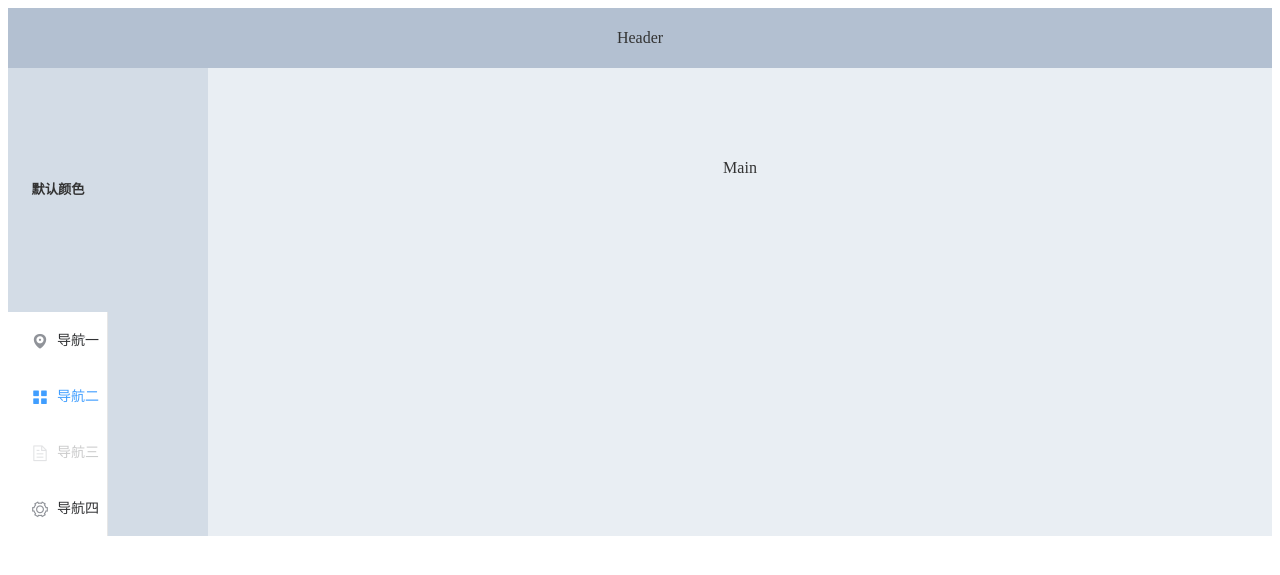
Repository: 960519152/elementui-demo-byf
Page: /
The author's editor kept a copy of each file at every save. The page is drawn from the files as they stood at one save, then again after the next save.
The browser window is 1280 px wide. The pictures show the whole page.
The project was rebuilt for these pictures with package versions that can differ from the ones it lists, and the page was loaded fresh each time.

Above is the page before, as saved 2019-05-13 16:05:28.

### index.html
<!DOCTYPE html>
<html>
  <head>
    <meta charset="utf-8">
    <meta name="viewport" content="width=device-width,initial-scale=1.0">
    <title>vue-examine-backend</title>
  </head>
  <body>
    <div id="app"></div>
    <!-- built files will be auto injected -->
  </body>
</html>

### src/main.js
// The Vue build version to load with the `import` command
// (runtime-only or standalone) has been set in webpack.base.conf with an alias.
import Vue from 'vue'
import App from './App'
import router from './router' //路由
import ElementUI from 'element-ui'; //饿了么UI
import 'element-ui/lib/theme-chalk/index.css';  //饿了么UI

Vue.config.productionTip = false
Vue.use(ElementUI); //饿了么UI



/* eslint-disable no-new */
new Vue({
  el: '#app',
  router,
  components: { App },
  template: '<App/>'
})

### src/App.vue
<template>
  <div id="app">
    <el-container>
      <el-header>Header</el-header>
      <el-container>
        <el-aside width="200px">
          <el-row class="tac">
            <el-col :span="12">
              <h5>默认颜色</h5>
              <el-menu default-active="2" class="el-menu-vertical-demo" @open="handleOpen" @close="handleClose">
                <el-submenu index="1">
                  <template slot="title">
                    <i class="el-icon-location"></i>
                    <span>导航一</span>
                  </template>
                  <el-menu-item-group>
                    <template slot="title">分组一</template>
                    <el-menu-item index="1-1">选项1</el-menu-item>
                    <el-menu-item index="1-2">选项2</el-menu-item>
                  </el-menu-item-group>
                  <el-menu-item-group title="分组2">
                    <el-menu-item index="1-3">选项3</el-menu-item>
                  </el-menu-item-group>
                  <el-submenu index="1-4">
                    <template slot="title">选项4</template>
                    <el-menu-item index="1-4-1">选项1</el-menu-item>
                  </el-submenu>
                </el-submenu>
                <el-menu-item index="2">
                  <i class="el-icon-menu"></i>
                  <span slot="title">导航二</span>
                </el-menu-item>
                <el-menu-item index="3" disabled>
                  <i class="el-icon-document"></i>
                  <span slot="title">导航三</span>
                </el-menu-item>
                <el-menu-item index="4">
                  <i class="el-icon-setting"></i>
                  <span slot="title">导航四</span>
                </el-menu-item>
              </el-menu>
            </el-col>
          </el-row>

        </el-aside>
        <el-main>Main</el-main>
      </el-container>
    </el-container>
    <router-view></router-view>
  </div>
</template>

<script>
  export default {
    name: 'App',
    methods: {
      handleOpen(key, keyPath) {
        console.log(key, keyPath);
      },
      handleClose(key, keyPath) {
        console.log(key, keyPath);
      }
    }
  }

</script>

<style>
  .el-header,
  .el-footer {
    background-color: #B3C0D1;
    color: #333;
    text-align: center;
    line-height: 60px;
  }

  .el-aside {
    background-color: #D3DCE6;
    color: #333;
    text-align: center;
    line-height: 200px;
  }

  .el-main {
    background-color: #E9EEF3;
    color: #333;
    text-align: center;
    line-height: 160px;
  }

  body>.el-container {
    margin-bottom: 40px;
  }

  .el-container:nth-child(5) .el-aside,
  .el-container:nth-child(6) .el-aside {
    line-height: 260px;
  }

  .el-container:nth-child(7) .el-aside {
    line-height: 320px;
  }

</style>

### src/components/HelloWorld.vue
<template>
  <div class="hello">

  </div>
</template>

<script>
export default {
  name: 'HelloWorld',
  data () {
    return {
      msg: 'Welcome to Your Vue.js App'
    }
  }
}
</script>

<!-- Add "scoped" attribute to limit CSS to this component only -->
<style scoped>

</style>

Loaded but not shown: src/router/index.js (common file)

After the next save:
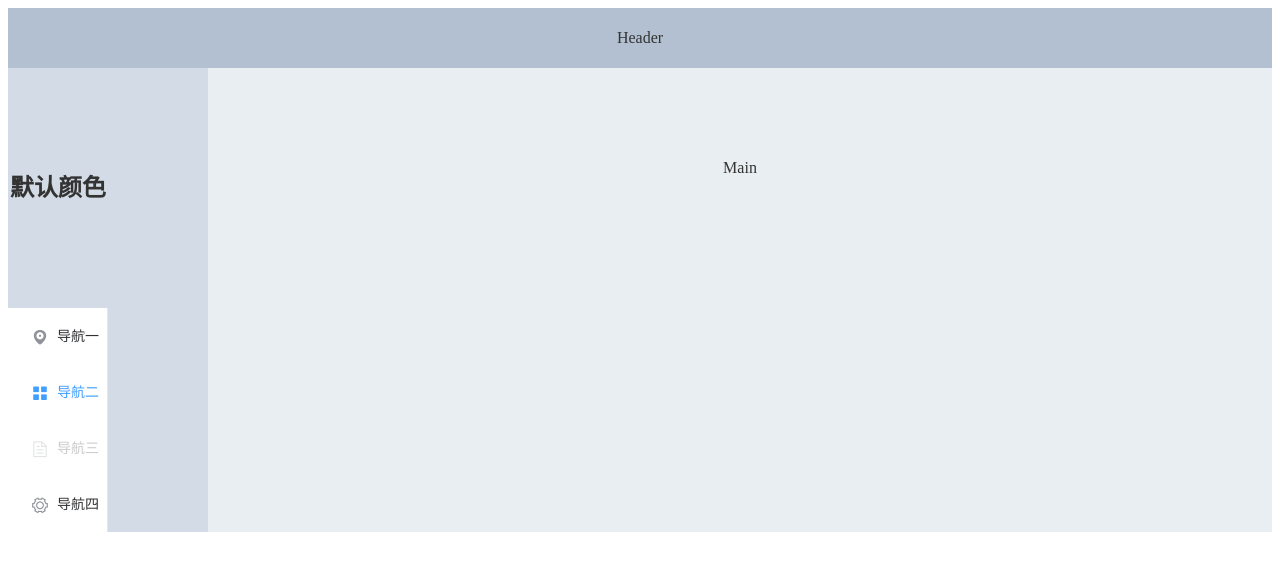
Saved 18 s later.
--- a/src/App.vue
+++ b/src/App.vue
@@ -6,7 +6,7 @@
         <el-aside width="200px">
           <el-row class="tac">
             <el-col :span="12">
-              <h5>默认颜色</h5>
+              <h2>默认颜色</h2>
               <el-menu default-active="2" class="el-menu-vertical-demo" @open="handleOpen" @close="handleClose">
                 <el-submenu index="1">
                   <template slot="title">
